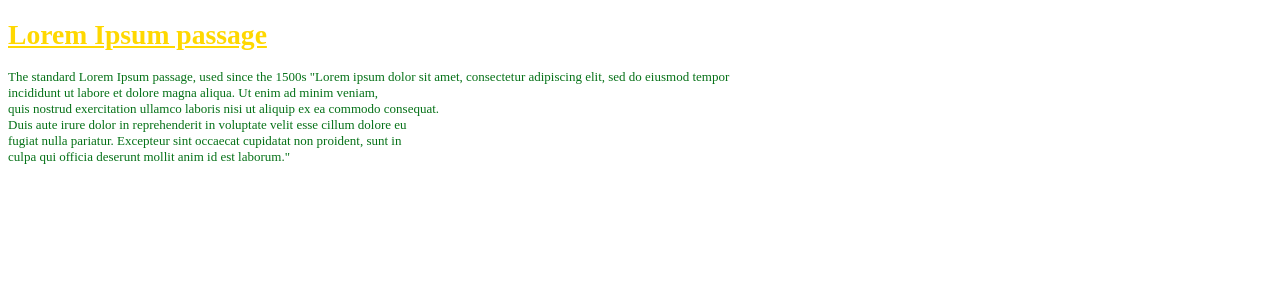
Repository: luna2222/web
Page: 01HTML5/WebContent/[7강]CSS3선택자1/07_04_03tag.html
The author's editor kept a copy of each file at every save. The page is drawn from the files as they stood at one save, then again after the next save.
The browser window is 1280 px wide. The pictures show the whole page.

Above is the page before, as saved 2019-02-19 10:34:53.

### 01HTML5/WebContent/[7강]CSS3선택자1/07_04_03tag.html
<!DOCTYPE html>
<html>
<head>
	<meta charset="UTF-8">
	<title>Insert title here</title>
<style>
	*{
		font-size:larger;
		 color:#ffd800;
	}
	p{
		font-size:small;
		color:#057117;
	}
	h1{
		text-decoration:underline;
	}

	</style>
</head>
<body>

	<h1>Lorem Ipsum passage</h1>
	<p>The standard Lorem Ipsum passage, used since the 1500s
"Lorem ipsum dolor sit amet, consectetur adipiscing elit, sed do eiusmod tempor <br/>
incididunt ut labore et dolore magna aliqua. Ut enim ad minim veniam,<br/>
quis nostrud exercitation ullamco laboris nisi ut aliquip ex ea commodo consequat.<br/>
Duis aute irure dolor in reprehenderit in voluptate velit esse cillum dolore eu<br/>
fugiat nulla pariatur. Excepteur sint occaecat cupidatat non proident, sunt in <br/>
culpa qui officia deserunt mollit anim id est laborum."
	</p>
</body>
</html>

After the next save:
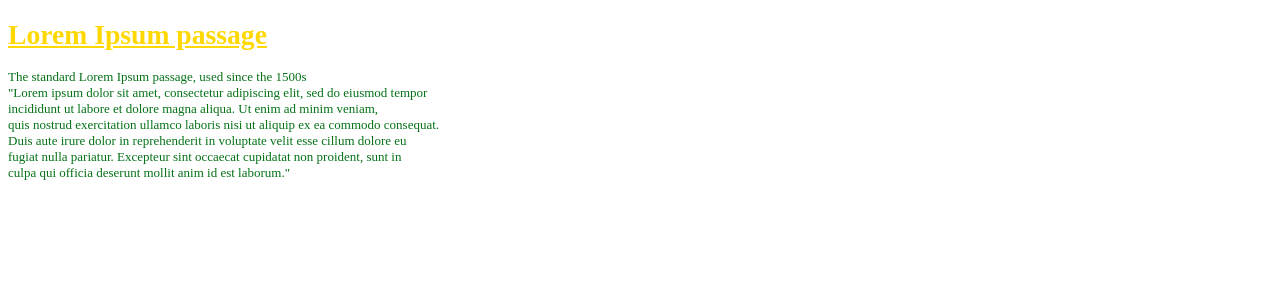
Saved 2 min 24 s later.
--- a/01HTML5/WebContent/[7강]CSS3선택자1/07_04_03tag.html
+++ b/01HTML5/WebContent/[7강]CSS3선택자1/07_04_03tag.html
@@ -21,7 +21,7 @@
 <body>
 
 	<h1>Lorem Ipsum passage</h1>
-	<p>The standard Lorem Ipsum passage, used since the 1500s
+	<p>The standard Lorem Ipsum passage, used since the 1500s<br/>
 "Lorem ipsum dolor sit amet, consectetur adipiscing elit, sed do eiusmod tempor <br/>
 incididunt ut labore et dolore magna aliqua. Ut enim ad minim veniam,<br/>
 quis nostrud exercitation ullamco laboris nisi ut aliquip ex ea commodo consequat.<br/>
